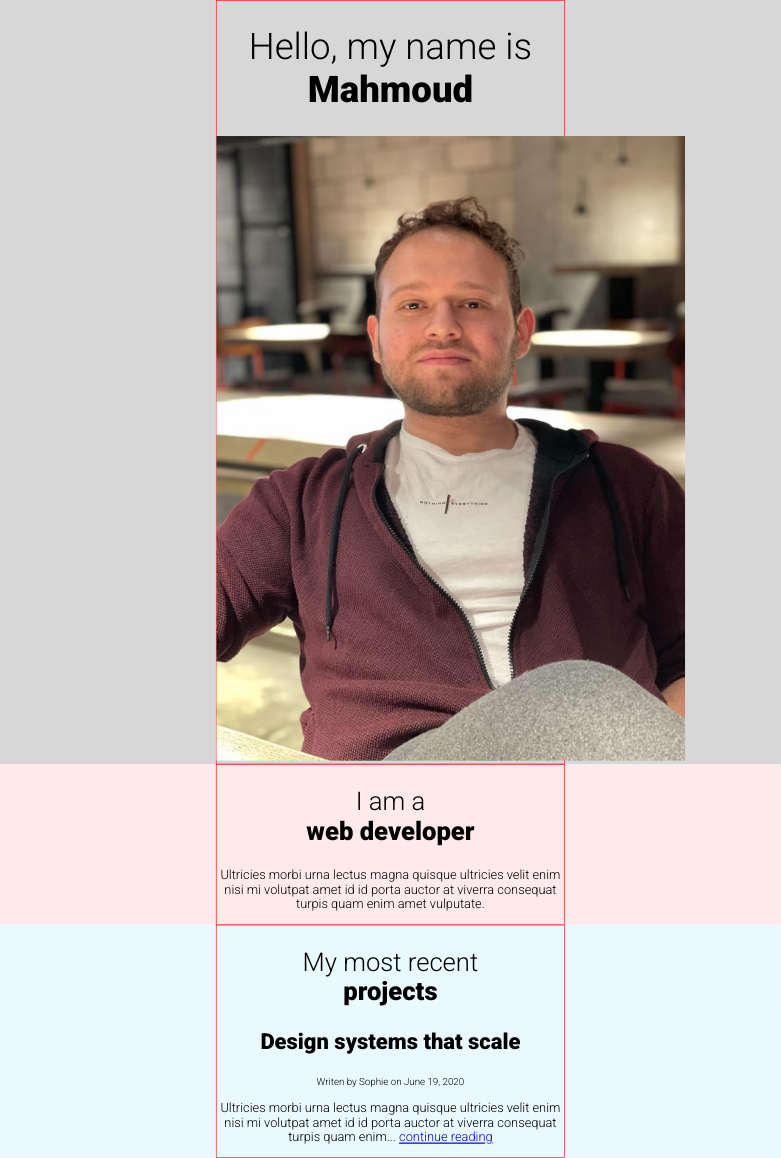
Repository: Doumham-Armah/portfolio
Page: index.html
An editor plug-in stored every save of this project. The page is shown before and after the next save, followed by the edit.
The browser window is 1280 px wide. The pictures show the whole page, at 61% of full size.

Above is the page before, as saved 2021-08-17 12:13:49.

### index.html
<!DOCTYPE html>
<html>
  <head>
    <title>HTML & CSS Fundamentals | Challenges</title>
    <link rel="preconnect" href="https://fonts.googleapis.com" />
    <link rel="preconnect" href="https://fonts.gstatic.com" crossorigin />
    <link
      href="https://fonts.googleapis.com/css2?family=Roboto:wght@300;900&display=swap"
      rel="stylesheet"
    />
    <link href="./style.css" rel="stylesheet" />
  </head>

  <body>
    <header>
      <div class="container">
        <h1>Hello, my name is <span>Mahmoud</span></h1>
        <img src="./images/photo.jpeg" alt="image of me" />
      </div>
    </header>

    <section class="about-me">
      <div class="container">
        <h2>I am a <span>web developer</span></h2>
        <p>
          Ultricies morbi urna lectus magna quisque ultricies velit enim nisi mi
          volutpat amet id id porta auctor at viverra consequat turpis quam enim
          amet vulputate.
        </p>
      </div>
    </section>

    <section class="projects">
      <div class="container">
        <h2>My most recent <span>projects</span></h2>
        <article>
          <h3>Design systems that scale</h3>
          <p class="small-text">Writen by Sophie on June 19, 2020</p>
          <p>
            Ultricies morbi urna lectus magna quisque ultricies velit enim nisi
            mi volutpat amet id id porta auctor at viverra consequat turpis quam
            enim... <a href="#">continue reading</a>
          </p>
        </article>
      </div>
    </section>
  </body>
</html>

### style.css
body {
  margin: 0;
  font-size: 1.3125rem;
}

h1,
h2 {
  font-weight: 300;
}

h1 {
  font-size: 3.75rem;
}

h2 {
  font-size: 2.625rem;
}

h3 {
  font-size: 2.25rem;
}

h1 span,
h2 span {
  font-weight: 900;
  display: block;
}

header,
section {
}

header {
  background-color: #d7d7d7;
}

.about-me {
  background-color: #ffeaea;
}

.projects {
  background-color: #eaf9ff;
}

.small-text {
  font-size: 16px;
}

.container {
  width: 570px;
  margin: 0 auto;
  border: 1px solid red;
  text-align: center;
  font-family: "Roboto", sans-serif;
}

After the next save:
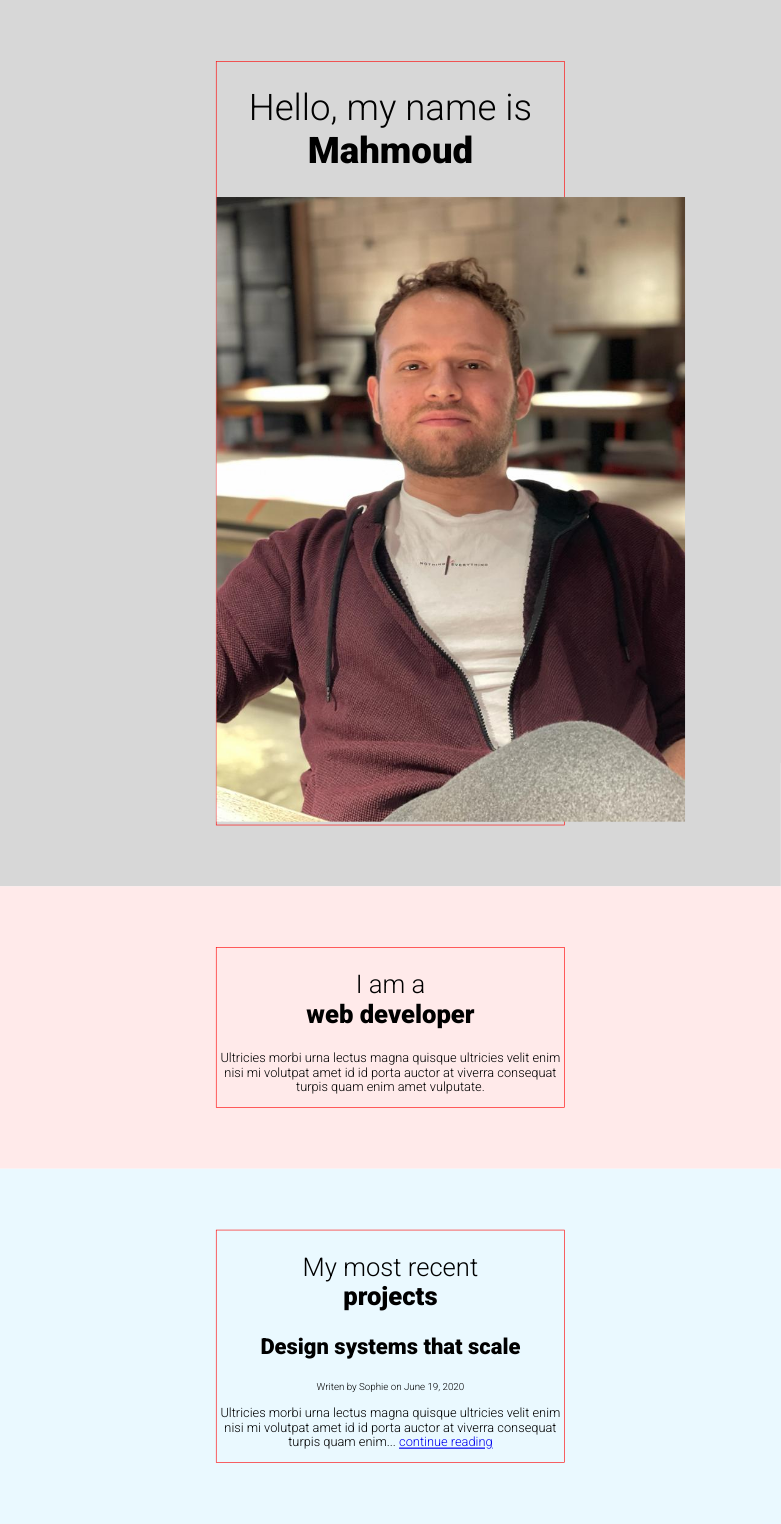
Saved 29 s later.
--- a/style.css
+++ b/style.css
@@ -28,6 +28,7 @@ h2 span {
 
 header,
 section {
+  padding: 6.25rem 0;
 }
 
 header {
